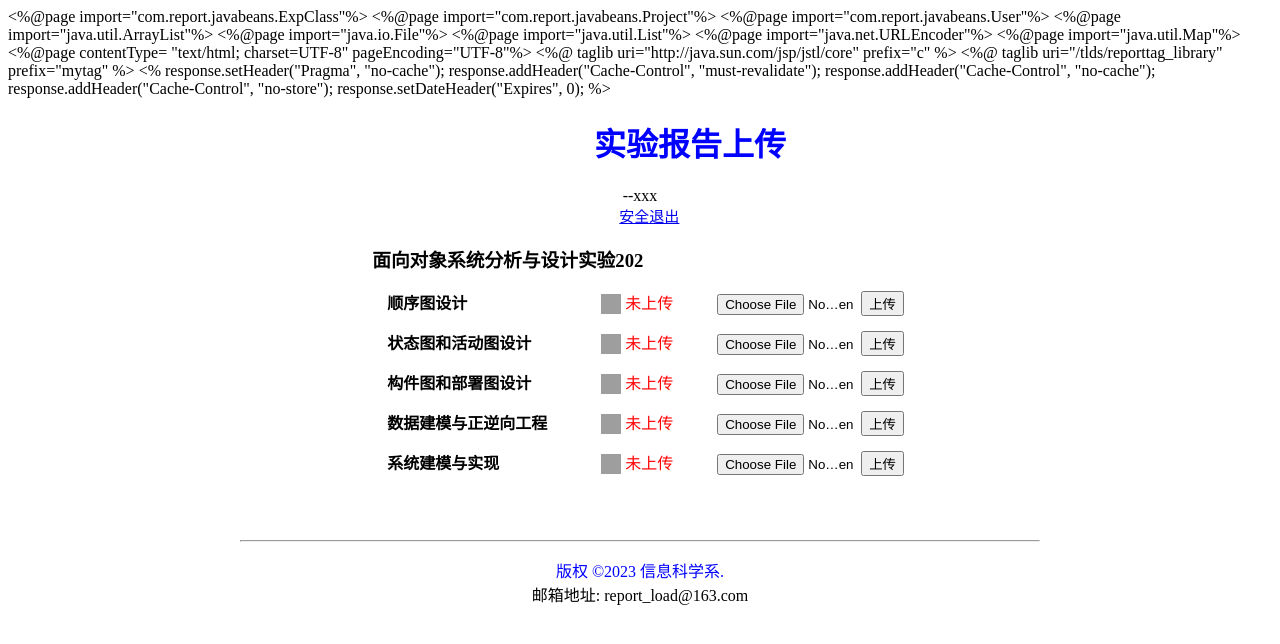
Repository: IAmJiangWenHao/ReportServer
Page: web/demo.html
An editor plug-in stored every save of this project. The page is shown before and after the next save, followed by the edit.
The browser window is 1280 px wide. The pictures show the whole page.
Pictures or frames that could not be fetched are drawn as grey boxes.

Above is the page before, as saved 2023-05-19 18:38:39.
Console error: SyntaxError: Invalid or unexpected token

### web/demo.html
<%@page import="com.report.javabeans.ExpClass"%>
<%@page import="com.report.javabeans.Project"%>
<%@page import="com.report.javabeans.User"%>
<%@page import="java.util.ArrayList"%>
<%@page import="java.io.File"%>
<%@page import="java.util.List"%>
<%@page import="java.net.URLEncoder"%>
<%@page import="java.util.Map"%>
<%@page contentType= "text/html; charset=UTF-8" pageEncoding="UTF-8"%>

<%@ taglib uri="http://java.sun.com/jsp/jstl/core" prefix="c" %>
<%@ taglib uri="/tlds/reporttag_library" prefix="mytag" %>
<!--script type="text/javascript" src="${pageContext.request.contextPath}/script/scriptV1.js?v=1.0"></script-->
<!DOCTYPE html>
<html>
  <%
    response.setHeader("Pragma", "no-cache");
    response.addHeader("Cache-Control", "must-revalidate");
    response.addHeader("Cache-Control", "no-cache");
    response.addHeader("Cache-Control", "no-store");
    response.setDateHeader("Expires", 0);
  %>
  <head>
    <meta http-equiv="Content-Type" content="text/html; charset=UTF-8">
    <title>实验上传系统 </title>
  </head>
  <body>
    <div style="display: flex; flex-direction:column;align-items: center;">
      <h1 style="padding-left:100px;display:inline-block"><font color="blue">实验报告上传</font></h1>
      <div style="display:inline-block">--xxx</div>
      <div style="display:inline-block">
        <font style="font-size:15px;color:red">&nbsp;&nbsp;&nbsp;&nbsp;
        <a href="exit.jsp">安全退出</a></font></div>
      <!-- 课程 -->

        <div id="course1">
          <h3 style="display:inline-block"><div id="">面向对象系统分析与设计实验202</div> </h3>
          <!-- 实验项目 -->

            <div id="project11">
              <b><div id="prj" style="height:40px;width:200px;display:inline-block;padding-left:15px">顺序图设计</div></b>
              <div style="display:inline-block;padding-left:10px" id="prj11">
                <div id="result" style="width:100px;display:inline-block;">

                    <img style="vertical-align:bottom" height="20px;" width="20px" src="img/undone.jpg">
                    <font color="#FF0000">未上传&nbsp;</font>

                </div>
                &nbsp;&nbsp;
                <input type="file" id="file11" style="width:140px;" onchange="fileChange(this);">
                <input type="button" id="btn11" value="上传" onclick="upload(this.id)">
                <div id="progress" class="progress" style="display:inline-block;">
                  <div style="text-align:center" id="step" class="step"> </div>
                </div>
              </div>
            </div>

            <div id="project12">
              <b><div id="prj" style="height:40px;width:200px;display:inline-block;padding-left:15px">状态图和活动图设计</div></b>
              <div style="display:inline-block;padding-left:10px" id="prj12">
                <div id="result" style="width:100px;display:inline-block;">

                    <img style="vertical-align:bottom" height="20px;" width="20px" src="img/undone.jpg">
                    <font color="#FF0000">未上传&nbsp;</font>

                </div>
                &nbsp;&nbsp;
                <input type="file" id="file12" style="width:140px;" onchange="fileChange(this);">
                <input type="button" id="btn12" value="上传" onclick="upload(this.id)">
                <div id="progress" class="progress" style="display:inline-block;">
                  <div style="text-align:center" id="step" class="step"> </div>
                </div>
              </div>
            </div>

            <div id="project13">
              <b><div id="prj" style="height:40px;width:200px;display:inline-block;padding-left:15px">构件图和部署图设计</div></b>
              <div style="display:inline-block;padding-left:10px" id="prj13">
                <div id="result" style="width:100px;display:inline-block;">

                    <img style="vertical-align:bottom" height="20px;" width="20px" src="img/undone.jpg">
                    <font color="#FF0000">未上传&nbsp;</font>

                </div>
                &nbsp;&nbsp;
                <input type="file" id="file13" style="width:140px;" onchange="fileChange(this);">
                <input type="button" id="btn13" value="上传" onclick="upload(this.id)">
                <div id="progress" class="progress" style="display:inline-block;">
                  <div style="text-align:center" id="step" class="step"> </div>
                </div>
              </div>
            </div>

            <div id="project14">
              <b><div id="prj" style="height:40px;width:200px;display:inline-block;padding-left:15px">数据建模与正逆向工程</div></b>
              <div style="display:inline-block;padding-left:10px" id="prj14">
                <div id="result" style="width:100px;display:inline-block;">

                    <img style="vertical-align:bottom" height="20px;" width="20px" src="img/undone.jpg">
                    <font color="#FF0000">未上传&nbsp;</font>

                </div>
                &nbsp;&nbsp;
                <input type="file" id="file14" style="width:140px;" onchange="fileChange(this);">
                <input type="button" id="btn14" value="上传" onclick="upload(this.id)">
                <div id="progress" class="progress" style="display:inline-block;">
                  <div style="text-align:center" id="step" class="step"> </div>
                </div>
              </div>
            </div>

            <div id="project15">
              <b><div id="prj" style="height:40px;width:200px;display:inline-block;padding-left:15px">系统建模与实现</div></b>
              <div style="display:inline-block;padding-left:10px" id="prj15">
                <div id="result" style="width:100px;display:inline-block;">

                    <img style="vertical-align:bottom" height="20px;" width="20px" src="img/undone.jpg">
                    <font color="#FF0000">未上传&nbsp;</font>

                </div>
                &nbsp;&nbsp;
                <input type="file" id="file15" style="width:140px;" onchange="fileChange(this);">
                <input type="button" id="btn15" value="上传" onclick="upload(this.id)">
                <div id="progress" class="progress" style="display:inline-block;">
                  <div style="text-align:center" id="step" class="step"> </div>
                </div>
              </div>
            </div>

        </div>

      <div style=" width: 800px;height:80px;position:absolute;bottom:15%">
        <hr><p align="center"><font color="blue">
    版权 ©2023  信息科学系.</font>
<br>邮箱地址: report_load@163.com

      </p></div>
    </div>

      <script>
var isIE = /msie/i.test(navigator.userAgent) && !window.opera;
function fileChange(target) {
  var fileSize = 0;
  var filetypes = [".pdf"];
  var filepath = target.value;
  var filemaxsize = 1024 * 8;//8M
  if (filepath) {
    var isnext = false;
    var fileend = filepath.substring(filepath.lastIndexOf("."));
    if (filetypes && filetypes.length > 0) {
      for (var i = 0; i < filetypes.length; i++) {
        if (filetypes[i] === fileend) {
          isnext = true;
          break;
        }
      }
    }
    if (!isnext) {
      alert("不接受此文件类型！");
      target.value = "";
      return false;
    }
  } else {
    return false;
  }
  if (isIE && !target.files) {
    var filePath = target.value;
    var fileSystem = new ActiveXObject("Scripting.FileSystemObject");
    if (!fileSystem.FileExists(filePath)) {
      alert("附件不存在，请重新输入！");
      return false;
    }
    var file = fileSystem.GetFile(filePath);
    fileSize = file.Size;
  } else {
    fileSize = target.files[0].size;
  }
  var size = fileSize / 1024;
  if (size > filemaxsize) {
    alert("附件大小不能大于" + filemaxsize / 1024 + "M！");
    target.value = "";
    return false;
  }
  if (size <= 0) {
    alert("附件大小不能为0M！");
    target.value = "";
    return false;
  }
}
function Check()
{
  for (var i = 0; i < document.form1.elements.length - 1; i++)
  {
    if (document.form1.elements[i].value === "")
    {
      alert("不可空！");
      document.form1.elements[i].focus();
      return false;
    }
  }
  return true;
}

function getAppPath() {
  //获取当前URL
  var curURL = window.document.location.href;
  //获取主机地址之后的路径部分（就是文件地址）
  var pathName = window.document.location.pathname;
  var pos = curURL.indexOf(pathName);
  //获取应用地址
  var host = curURL.substring(0, pos);
  //获取带"/"的应用名，如：/***
  var webAppName = pathName.substring(0, pathName.substr(1).indexOf('/') + 1);
  return host + webAppName;
}

function getFile(id) {
  var prj = id.parentElement.parentElement.parentElement;
  var courseID = prj.parentElement.getElementsByTagName("div")[0].innerHTML.toString();
  var projectID = prj.getElementsByTagName("div")[0].innerHTML.toString();
  const durl = getAppPath() + "/browsePDFV1.do?projectID=" + encodeURIComponent(projectID) + "&&courseID=" + encodeURIComponent(courseID);
  //browsePDF.do 后端传送实验报告
  window.open(durl);
}
function openPostWindow(id){
     var prj = id.parentElement.parentElement.parentElement;
     var data=new Array;
     var key=new Array;
     key[0]="courseID";
     key[1]="projectID";
  data[0]= prj.parentElement.getElementsByTagName("div")[0].innerHTML.toString();
  data[1]= prj.getElementsByTagName("div")[0].innerHTML.toString();

    //创建form表单，以下是form表单的各种参数
    let tempForm = document.createElement("form");
    tempForm.id = "tempForm";
    tempForm.method = "post";
    tempForm.action = getAppPath() + "/browsePDFV1.do";
    //tempForm.target = 'blank';
    tempForm.download = ""
    //创建标签 <input></input> 标签 然后设定属性，最后追加为 form标签的子标签
    for (let i in data) {
       alert(key[i],data[i])
        let hideInput = document.createElement("input")
        hideInput.type = "hidden"
        hideInput.name =key[i]
        hideInput.value = data[i]
        tempForm.appendChild(hideInput)
    }
    if (document.all) {
      tempForm.attachEvent("onsubmit", function () {
      });        //IE
    } else {
      let subObj = tempForm.addEventListener("submit", function () {
      }, false);    //firefox
    }
    document.body.appendChild(tempForm);
    if (document.all) {
      tempForm.fireEvent("onsubmit");
    } else {
      tempForm.dispatchEvent(new Event("submit"));
    }
    tempForm.submit();//提交POST请求
    document.body.removeChild(tempForm);//删除整个form标签

  };



function upload(id) {
  var s;
  s = document.getElementById(id).parentElement.id;
  var prj = document.getElementById(s).parentElement;
  const courseID = prj.parentElement.getElementsByTagName("div")[0].innerHTML.toString();
  const projectID = prj.getElementsByTagName("div")[0].innerHTML.toString();
  //alert(courseID);
  //alert(projectID);
  //return;
  //var course = prj.parentElement.getElementsByTagName("div")[0].innerHTML;
  const fileid = document.getElementById(s).getElementsByTagName("input")[0];
  var uploadFile;
  const result = document.getElementById(s).getElementsByTagName("div")[0];
  const btn = document.getElementById(s).getElementsByTagName("input")[1];
  const step = document.getElementById(s).getElementsByTagName("div")[2];
  if (fileid.value === "")
  {
    alert("文件不可空！");
    fileid.focus();
    return false;
  }
  var files = fileid.files;
  if (files.length === 0) {
    return;
  }
  uploadFile = files[0];
  var formData = new FormData();
  formData.append("projectId", projectId);//项目名
  formData.append("courseId", courseId);//课程名
  formData.append("file", uploadFile); // 后端通过 'file' 获取
  //1.创建请求对象
  const xhr = new XMLHttpRequest();
  //2.设置请求行(get请求数据写在url后面)
  xhr.open("post", "/WebApp_report/uploadCourseServlet");//!!!!!!!!!!!!!!!!!!!!!!!!!!!!!!!!!!!!!!!
  //upload.do 后端处理上传文件
  //3.设置请求头(get请求可以省略,post不发送数据也可以省略)
  // 如果使用 formData可以不写 请求头 写了 无法正常上传文件
  //  xhr.setRequestHeader("Content-type","application/x-www-form-urlencoded");
  // XHR2.0新增 上传进度监控
  xhr.upload.onprogress = function (event) {
    var percent = event.loaded / event.total * 100 + '%';
    //console.log(percent);
    // 设置进度条内部step的 宽度
    step.style.width = percent;
    //console.log(step.id);
  };
  //4.请求主体发送(get请求为空，或者写null，post请求数据写在这里，如果没有数据，直接为空或者写null)
  xhr.send(formData);
  //注册回调函数
  xhr.onload = function () {
    console.log(xhr.responseText);
    if (xhr.readyState === 4) {
      //判断响应码 2XX 表示成功
      if (xhr.status >= 200 && xhr.status <= 300) {
        //处理结果
        // console.log("test Post");//状态码
        //设置 result 显示的文本内容
        fileid.value = "";
        if (xhr.response.toString() === "文件上传成功！") {
          var fileName = "${user.username}-${user.fullname}-";
          fileName += prj.getElementsByTagName("div")[0].innerHTML.toString();
          result.innerHTML = "<a href='#'id='" + new Date().getTime() + "' onclick='getFile(this)'>" + "<img style='vertical-align: middle;' height='20px;' width='20px' src='img/check.jpg'/>检查上传</a>";
          step.innerHTML = "100%";
        } else
          step.innerHTML =xhr.response.toString();
      }
    }
  };
}
/*
function reload() {
  //1.创建请求对象
  const xhr = new XMLHttpRequest();
  //2.设置请求
  xhr.open("post", "/WebApp_report/LoadData.do");
  //3.发送请求
  xhr.send();
  //注册回调函数
  xhr.onload = function () {
    console.log(xhr.responseText);
    if (xhr.readyState === 4) {
      //判断响应码 2XX 表示成功
      if (xhr.status >= 200 && xhr.status <= 300) {
        //处理结果
        if (xhr.response.toString() === "courseData数据更新！") {
          console.log("courseData已更新");
        }
      }
    }
  };
}
</script>
</body>
</html>

After the next save:
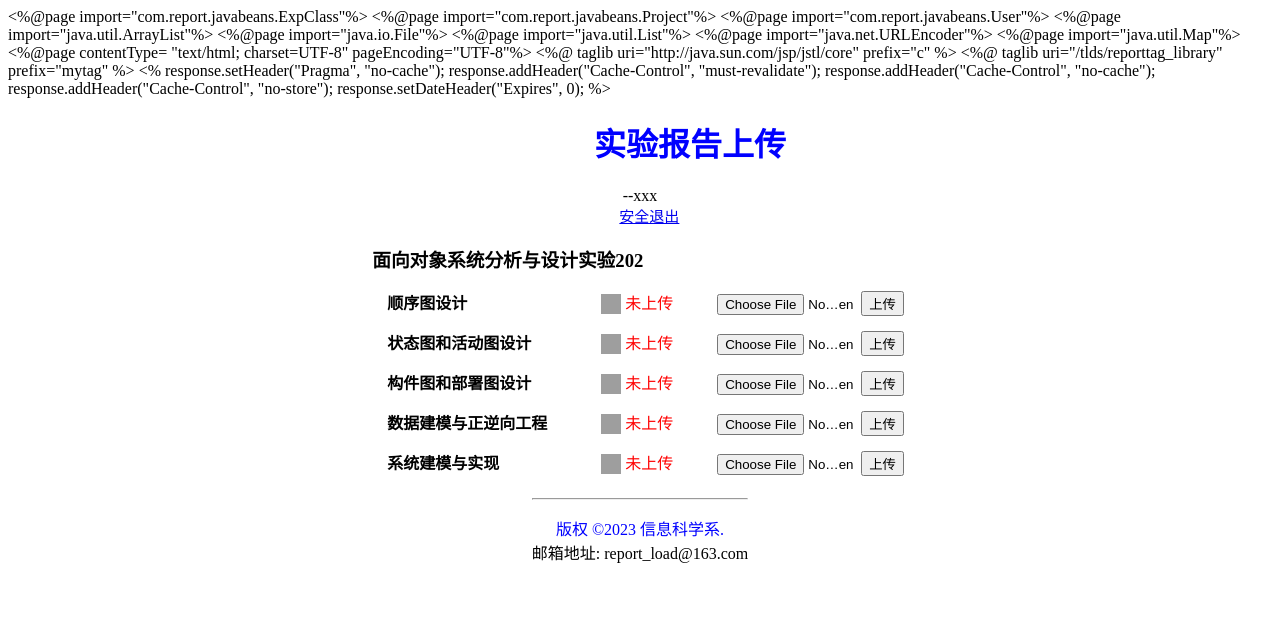
Saved 40 s later.
--- a/web/demo.html
+++ b/web/demo.html
@@ -129,7 +129,7 @@
 
         </div>
 
-      <div style=" width: 800px;height:80px;position:absolute;bottom:15%">
+      <div>
         <hr><p align="center"><font color="blue">
     版权 ©2023  信息科学系.</font>
 <br>邮箱地址: report_load@163.com
